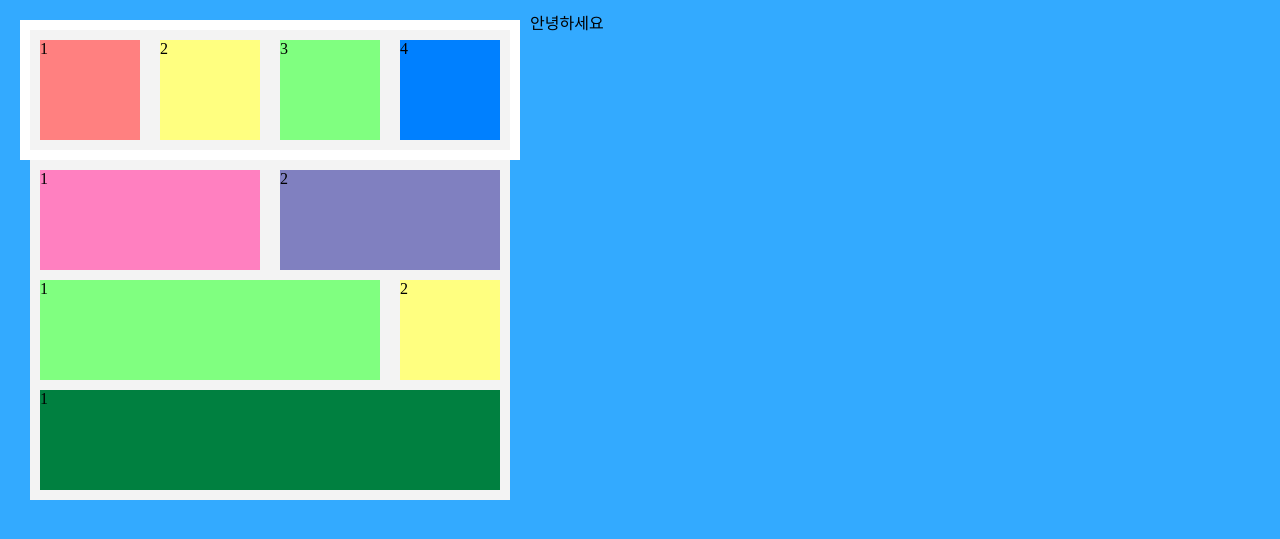
Repository: BaekJiGyeong/JSP_web
Page: http://localhost/Project0303/project1.jsp
These files come from the project's save history. The page is drawn as it stood at one moment and after the next save; the edit follows.
The browser window is 1280 px wide. The pictures show the whole page.
The page is served by Tomcat 9.

Above is the page before, as saved 2016-03-03 08:59:48.

After the next save:
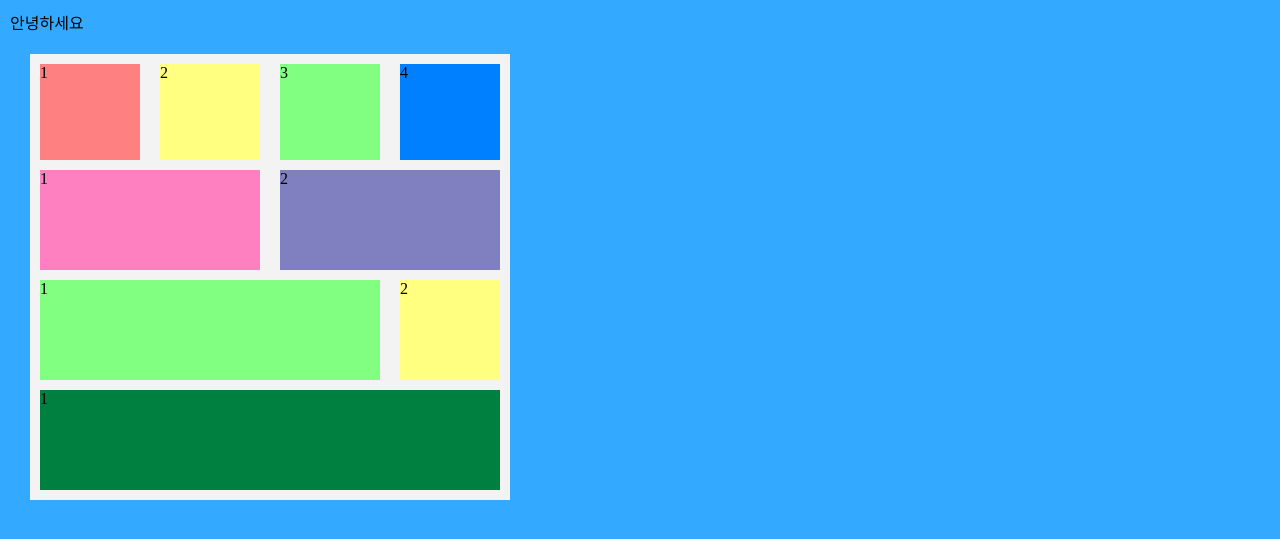
Saved 18 s later.
--- a/Project0303/WebContent/resource/css/project1.css
+++ b/Project0303/WebContent/resource/css/project1.css
@@ -9,11 +9,9 @@ div {
 }
 div#wrapper {
 	background-color: #ffffff;
-	float: left;
+
 }
-div#wrapper.clear{
-	clear: both;
-}
+
 div#row1 {
 	background-color: #f3f3f3;
 	float: left;
